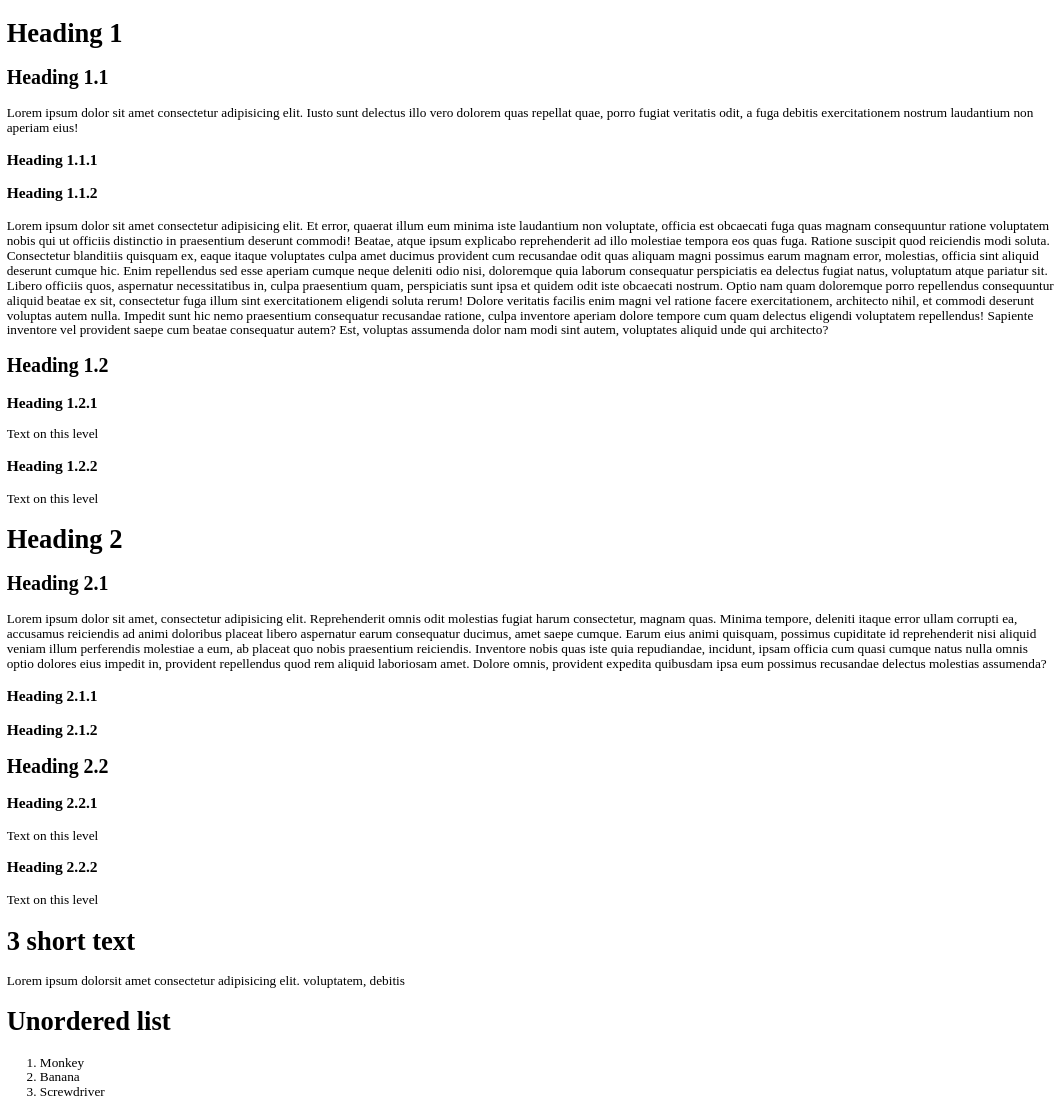
Repository: sammkrt/saltPrecourse
Page: html-trainingGround/index.html
These files come from the project's save history. The page is drawn as it stood at one moment and after the next save; the edit follows.
The browser window is 1280 px wide. The pictures show the whole page, at 83% of full size.

Above is the page before, as saved 2022-12-15 14:53:17.

### html-trainingGround/index.html
<!DOCTYPE html>
<html lang="en">
<head>
    <meta charset="UTF-8">
    <meta http-equiv="X-UA-Compatible" content="IE=edge">
    <meta name="viewport" content="width=device-width, initial-scale=1.0">
    <title>SALT HTML Training Ground</title>
</head>
<body>
    <h1>Heading 1</h1>
    <h2>Heading 1.1</h2>
    <p>Lorem ipsum dolor sit amet consectetur adipisicing elit. Iusto sunt delectus illo vero dolorem quas repellat quae, porro fugiat veritatis odit, a fuga debitis exercitationem nostrum laudantium non aperiam eius!</p>
    <h3>Heading 1.1.1</h3>
    <h3>Heading 1.1.2</h3>
    <p>Lorem ipsum dolor sit amet consectetur adipisicing elit. Et error, quaerat illum eum minima iste laudantium non voluptate, officia est obcaecati fuga quas magnam consequuntur ratione voluptatem nobis qui ut officiis distinctio in praesentium deserunt commodi! Beatae, atque ipsum explicabo reprehenderit ad illo molestiae tempora eos quas fuga. Ratione suscipit quod reiciendis modi soluta. Consectetur blanditiis quisquam ex, eaque itaque voluptates culpa amet ducimus provident cum recusandae odit quas aliquam magni possimus earum magnam error, molestias, officia sint aliquid deserunt cumque hic. Enim repellendus sed esse aperiam cumque neque deleniti odio nisi, doloremque quia laborum consequatur perspiciatis ea delectus fugiat natus, voluptatum atque pariatur sit. Libero officiis quos, aspernatur necessitatibus in, culpa praesentium quam, perspiciatis sunt ipsa et quidem odit iste obcaecati nostrum. Optio nam quam doloremque porro repellendus consequuntur aliquid beatae ex sit, consectetur fuga illum sint exercitationem eligendi soluta rerum! Dolore veritatis facilis enim magni vel ratione facere exercitationem, architecto nihil, et commodi deserunt voluptas autem nulla. Impedit sunt hic nemo praesentium consequatur recusandae ratione, culpa inventore aperiam dolore tempore cum quam delectus eligendi voluptatem repellendus! Sapiente inventore vel provident saepe cum beatae consequatur autem? Est, voluptas assumenda dolor nam modi sint autem, voluptates aliquid unde qui architecto?</p>
    <h2>Heading 1.2</h2>
    <h3 id="first heading">Heading 1.2.1</h3>
    Text on this level
    <h3 id="second heading">Heading 1.2.2</h3>
    Text on this level
    <h1 class="large important">Heading 2</h1>
    <h2>Heading 2.1</h2>
    <p>Lorem ipsum dolor sit amet, consectetur adipisicing elit. Reprehenderit omnis odit molestias fugiat harum consectetur, magnam quas. Minima tempore, deleniti itaque error ullam corrupti ea, accusamus reiciendis ad animi doloribus placeat libero aspernatur earum consequatur ducimus, amet saepe cumque. Earum eius animi quisquam, possimus cupiditate id reprehenderit nisi aliquid veniam illum perferendis molestiae a eum, ab placeat quo nobis praesentium reiciendis. Inventore nobis quas iste quia repudiandae, incidunt, ipsam officia cum quasi cumque natus nulla omnis optio dolores eius impedit in, provident repellendus quod rem aliquid laboriosam amet. Dolore omnis, provident expedita quibusdam ipsa eum possimus recusandae delectus molestias assumenda?</p>
    <h3>Heading 2.1.1</h3>
    <h3>Heading 2.1.2</h3>
    <h2>Heading 2.2</h2>
    <h3>Heading 2.2.1</h3>
    Text on this level
    <h3>Heading 2.2.2</h3>
    Text on this level
</body>

<body>
    <h1> 3 short text</h1>
    <div>Lorem ipsum <span>dolor</span>sit amet consectetur adipisicing elit. voluptatem, debitis</div>
</body>


<body>
        <h1>Unordered list</h1>
        <ol>
            <li>Monkey</li>
            <li>Banana</li>

            <li>Screwdriver</li>
        </ol>
</body>
</html>

After the next save:
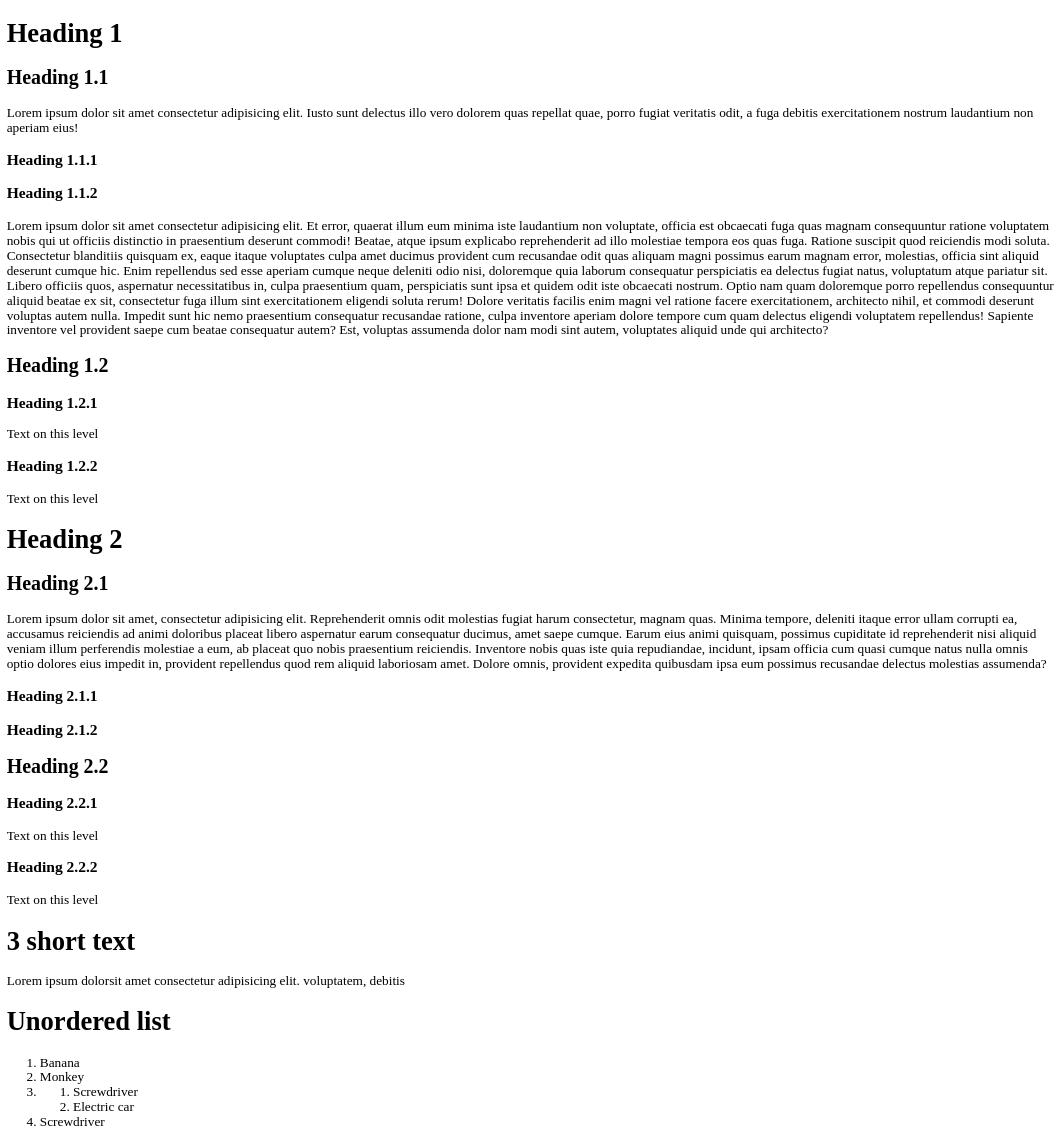
Saved 87 s later.
--- a/html-trainingGround/index.html
+++ b/html-trainingGround/index.html
@@ -39,9 +39,15 @@
 <body>
         <h1>Unordered list</h1>
         <ol>
+
+            <li>Banana</li>
             <li>Monkey</li>
-            <li>Banana</li>
-
+           <li>
+                <ol>
+                    <li>Screwdriver</li>
+                    <li>Electric car</li>
+                </ol>
+           </li>
             <li>Screwdriver</li>
         </ol>
 </body>
